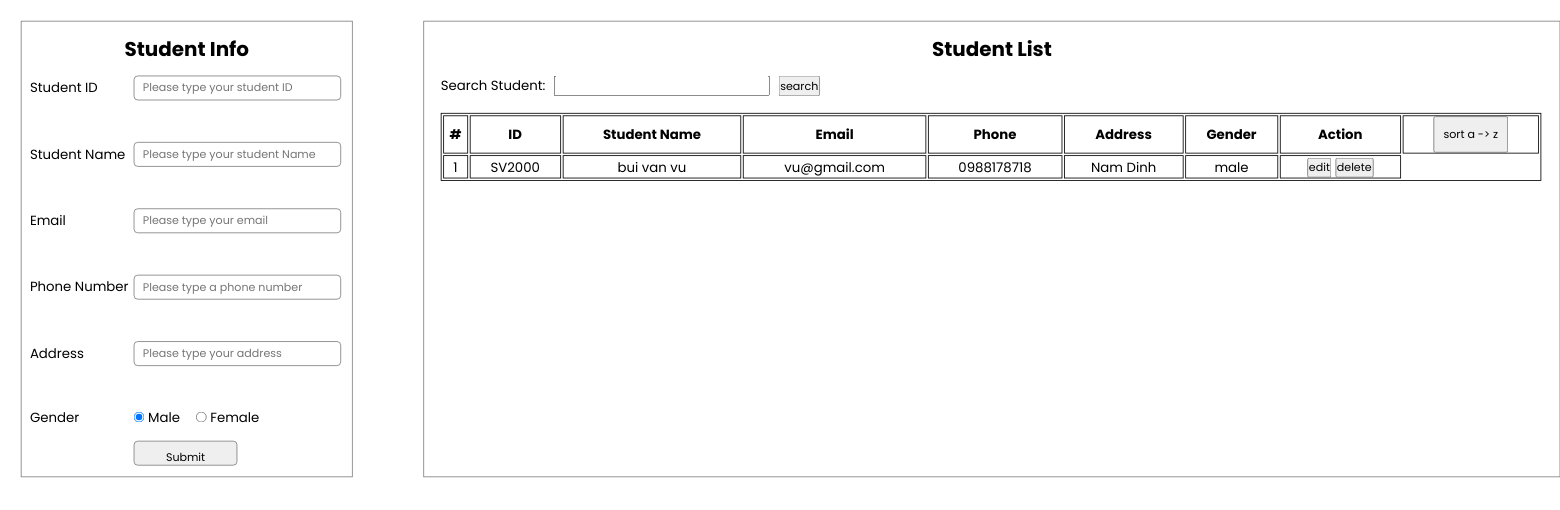
Repository: sSoRaK/ex-session15-dom-event
Page: ex-dom-event/student-management.html
An editor plug-in stored every save of this project. The page is shown before and after the next save, followed by the edit.
The browser window is 1280 px wide. The page is 1880 px wide, so the pictures cover 1880 px, including what lies to the right of the window. The pictures show the whole page, at 83% of full size.

Above is the page before, as saved 2023-06-24 20:26:38.

After the next save:
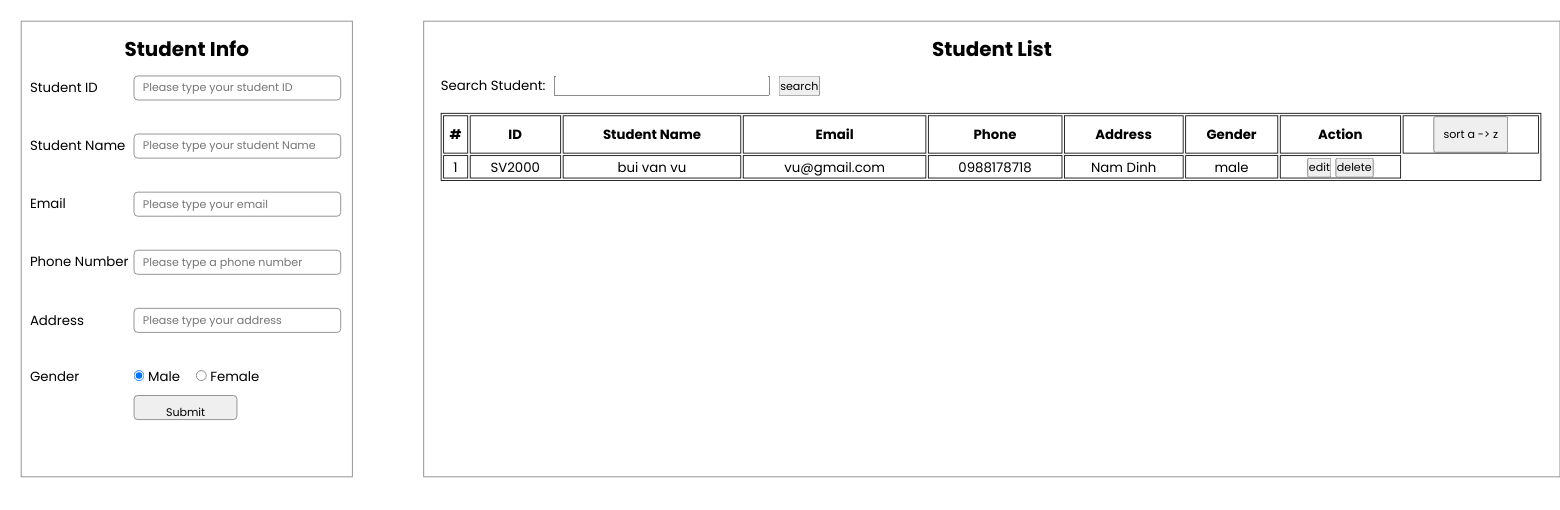
Saved 14 s later.
--- a/ex-dom-event/style/style.css
+++ b/ex-dom-event/style/style.css
@@ -26,7 +26,7 @@ body {
   display: grid;
   grid-template-columns: repeat(3, 125px);
   grid-template-rows: repeat(13, 30px);
-  row-gap: 10px;
+  row-gap: 5px;
 }
 .form-student input {
   border: 0.5px solid gray;
